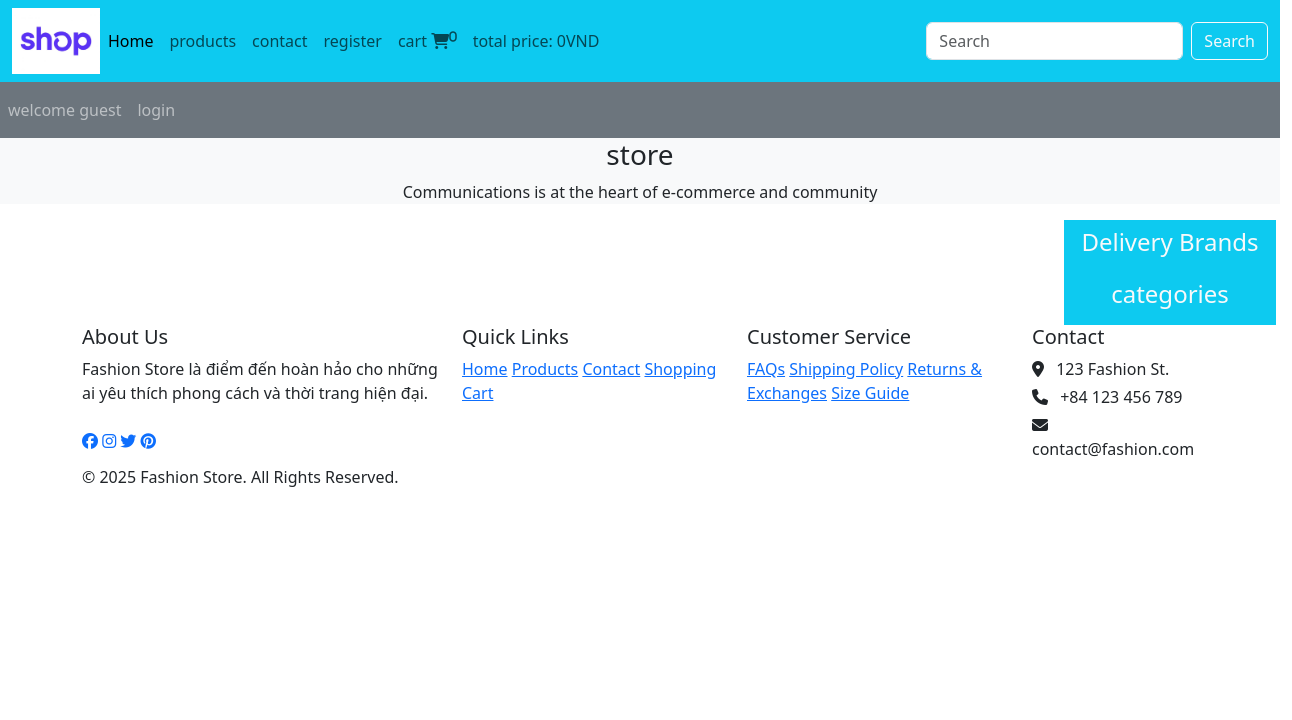
Repository: hahuuchinh2501/ecommerce_web
Page: http://localhost/product_details.php
These files come from the project's save history. The page is drawn as it stood at one moment and after the next save; the edit follows.
The browser window is 1280 px wide. The page is 1292 px wide, so the pictures cover 1292 px, including what lies to the right of the window. The pictures show the whole page.
The page is run by PHP 8.4 with error messages shown; the project is at /var/www/html/. Queries for data that is not in the repository find no rows.

Above is the page before, as saved 2025-03-19 16:29:38.

After the next save:
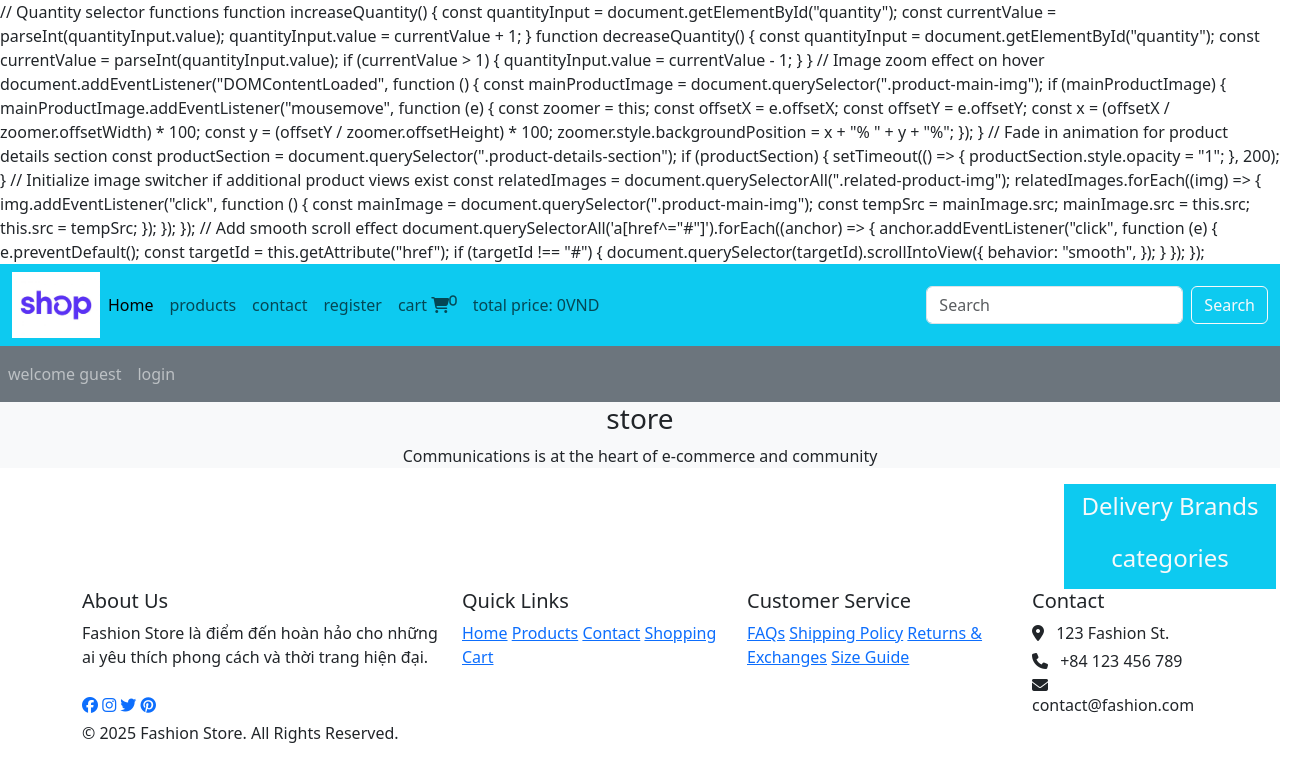
Saved 47 s later.
--- a/product_details.php
+++ b/product_details.php
@@ -2,6 +2,7 @@
 include('includes/connect.php');
 include('functions/common_function.php');
 session_start();
+include('product_details.js')
 ?>
 
 
